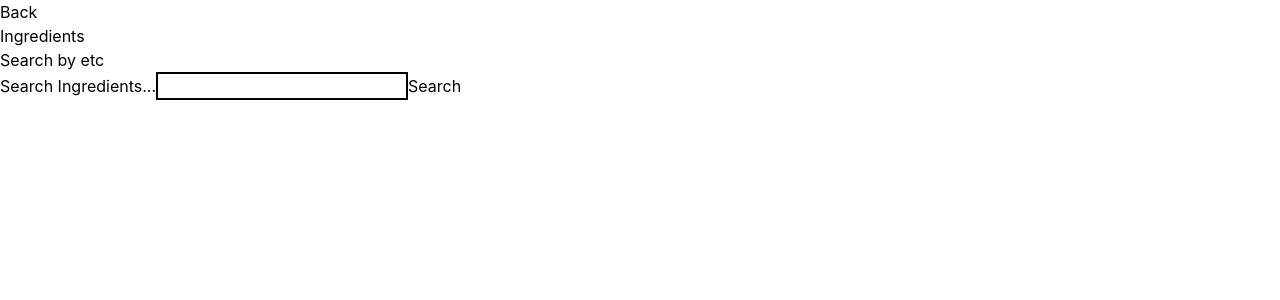
Repository: thais-chen/Meal
Page: /ingredients (app in meal-plan/)
These files come from the project's save history. The page is drawn as it stood at one moment and after a run of saves; the edit follows.
The browser window is 1280 px wide. The pictures show the whole page.
The project was rebuilt for these pictures with package versions that can differ from the ones it lists, and the page was loaded fresh each time. The framework's server and built-in components were replaced by stand-ins that run in the browser. Also part of the build but not shown: meal-plan/next.config.js.

Above is the page before, as saved 2022-08-11 19:19:31.

After the next 2 saves:
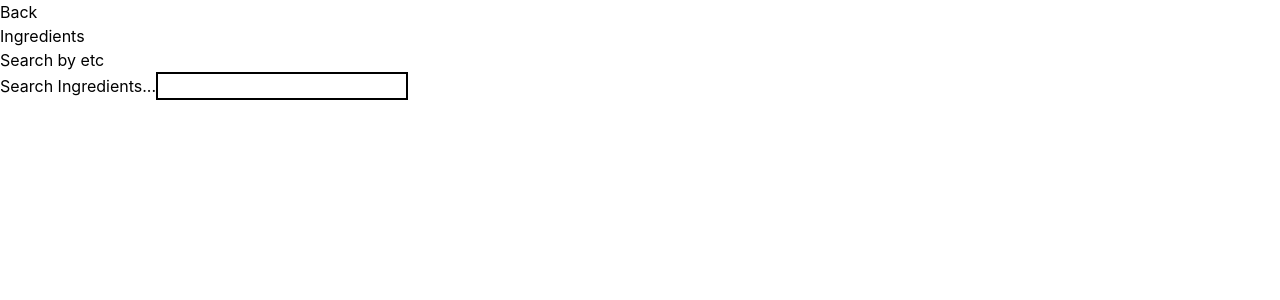
The 2 saves are shown as one change because they came seconds apart.
The last was saved 2 min 39 s later.
--- a/meal-plan/pages/ingredients.js
+++ b/meal-plan/pages/ingredients.js
@@ -70,8 +70,8 @@ const clickHandler = async () => {
         value={form.value}
         imgsrc={theimg}
         ref={inputRef}
+        clicked={clickHandler}
       />
-      <button onClick={clickHandler}>Search</button>
 
       {thingsElements}
     </>
